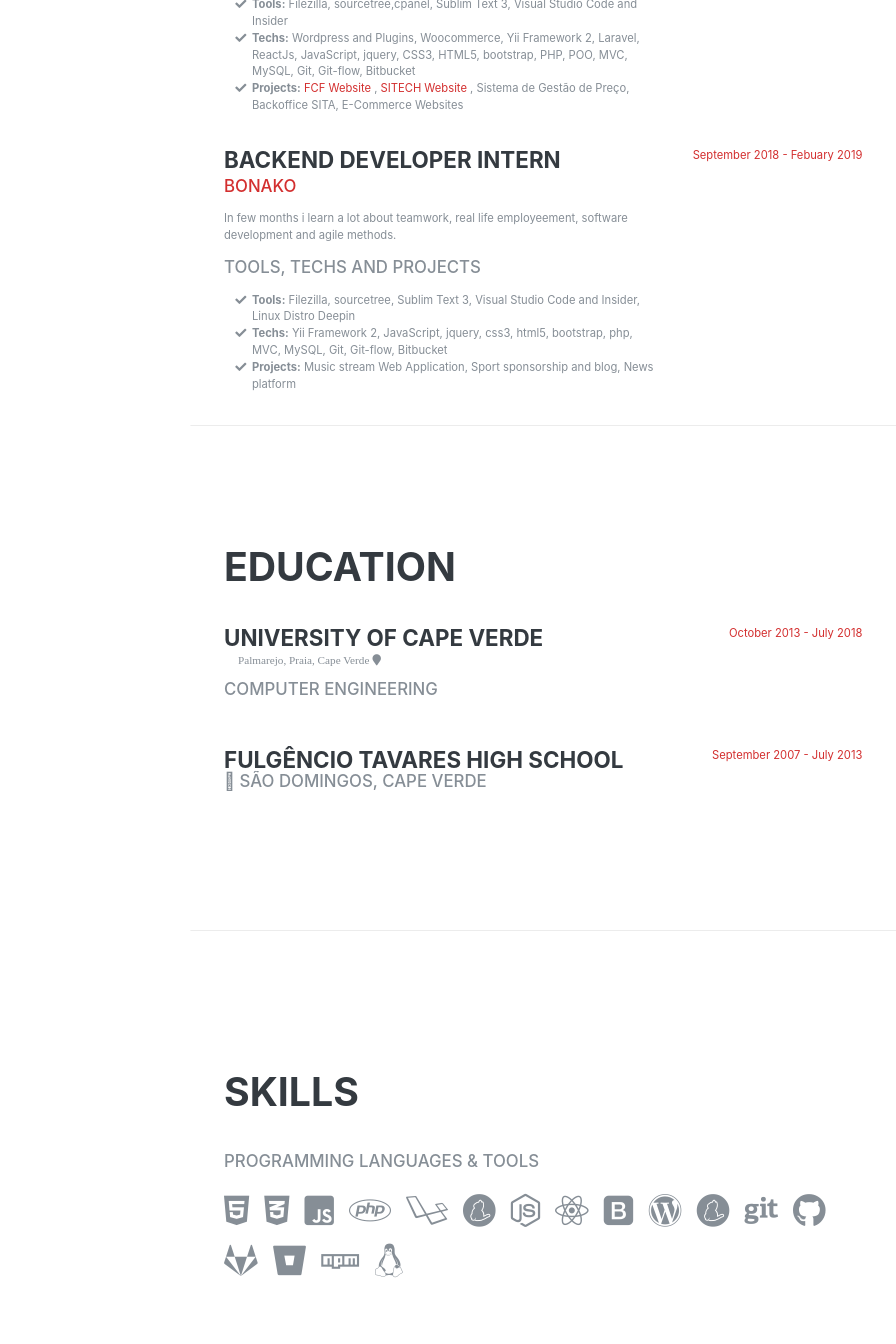
Repository: kcfurtado/kcfurtado.github.io
Page: index.html
These files come from the project's save history. The page is drawn as it stood at one moment and after the next save; the edit follows.
The browser window is 1280 px wide. The pictures show the part of the page from y = 1071 to 2991 px (the page is 3843 px tall), at 70% of full size.
Some web fonts or font styles are not loaded; a fallback is used.

Above is the page before, as saved 2020-05-04 10:42:06.

After the next save:
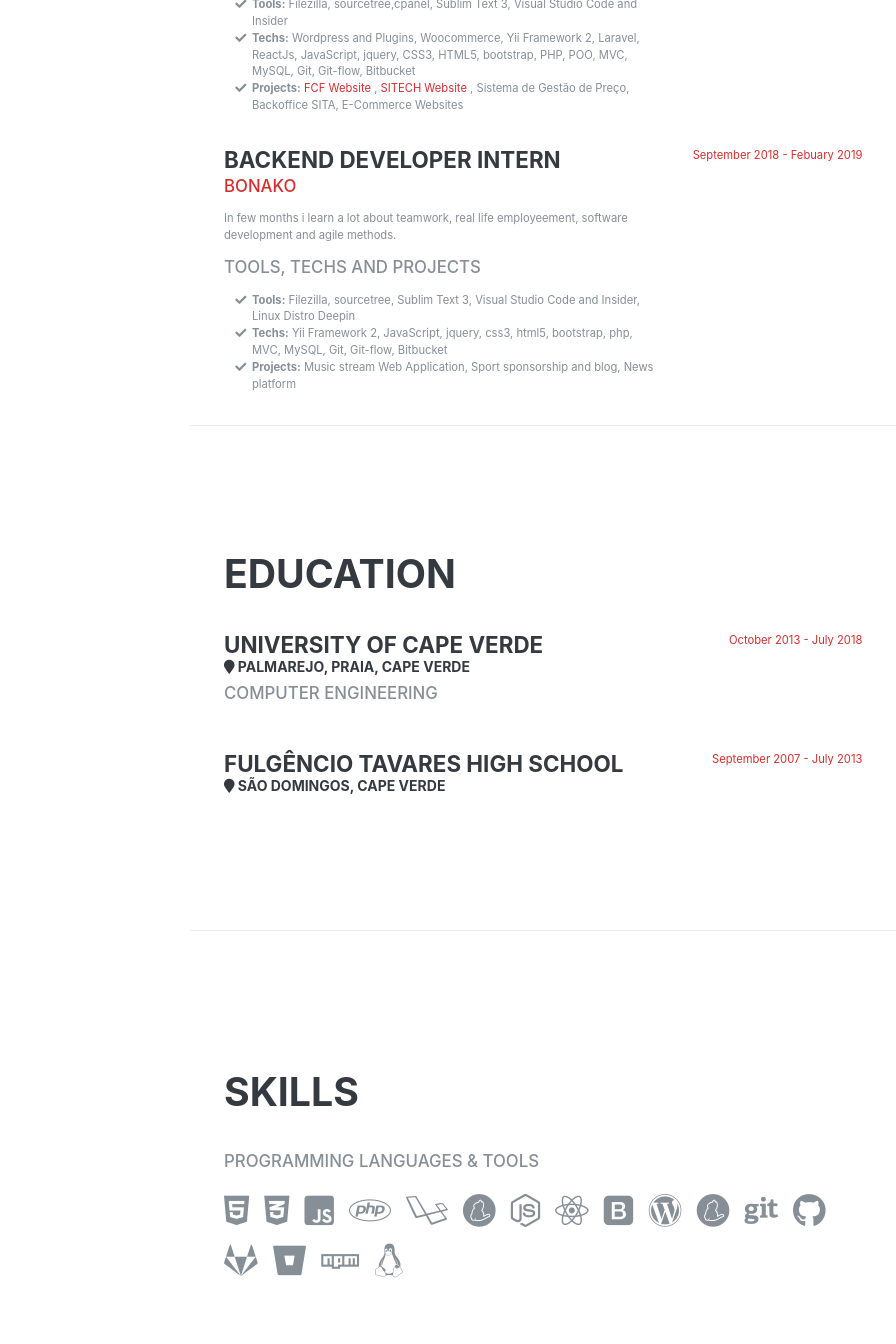
Saved 98 s later.
--- a/index.html
+++ b/index.html
@@ -184,8 +184,7 @@
         <div class="resume-item d-flex flex-column flex-md-row justify-content-between mb-5">
           <div class="resume-content">
             <h3 class="mb-0">University of Cape Verde</h3>
-            <p class="fab fa-map-marker"> Palmarejo, Praia, Cape Verde</p>
-            <i class="fa fa-map-marker" aria-hidden="true"></i>
+            <h5><i class="fa fa-map-marker" aria-hidden="true"></i> Palmarejo, Praia, Cape Verde</h5>
             <div class="subheading mb-3">Computer Engineering</div>
             <div></div>
             <p></p>
@@ -198,7 +197,7 @@
         <div class="resume-item d-flex flex-column flex-md-row justify-content-between">
           <div class="resume-content">
             <h3 class="mb-0">Fulgêncio Tavares High School</h3>
-            <div class="subheading mb-3 fab fa-map-marker"> São Domingos, Cape Verde</div>
+            <h5><i class="fa fa-map-marker" aria-hidden="true"></i> São Domingos, Cape Verde</h5>
             <p></p>
           </div>
           <div class="resume-date text-md-right">
